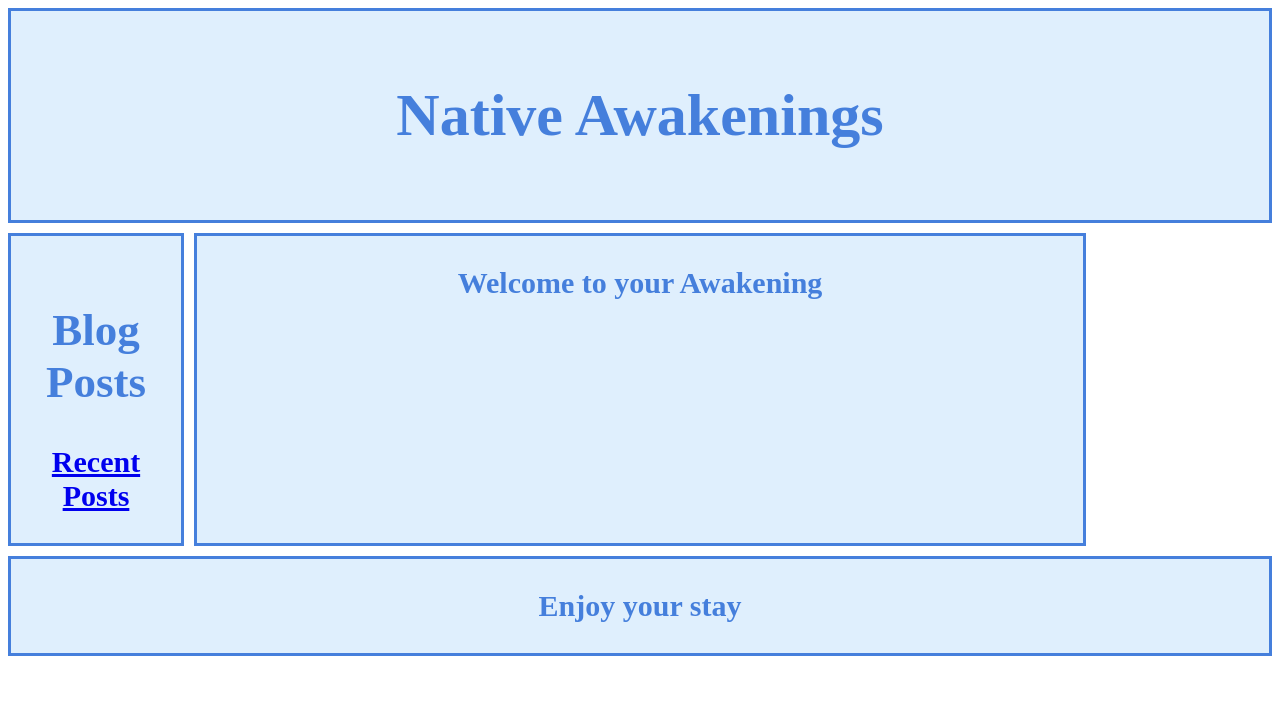
Repository: Gregg-Hendrix/blog-project
Page: index.html
The author's editor kept a copy of each file at every save. The page is drawn from the files as they stood at one save, then again after the next save.
The browser window is 1280 px wide. The pictures show the whole page.

Above is the page before, as saved 2021-03-15 14:18:15.

After the next save:
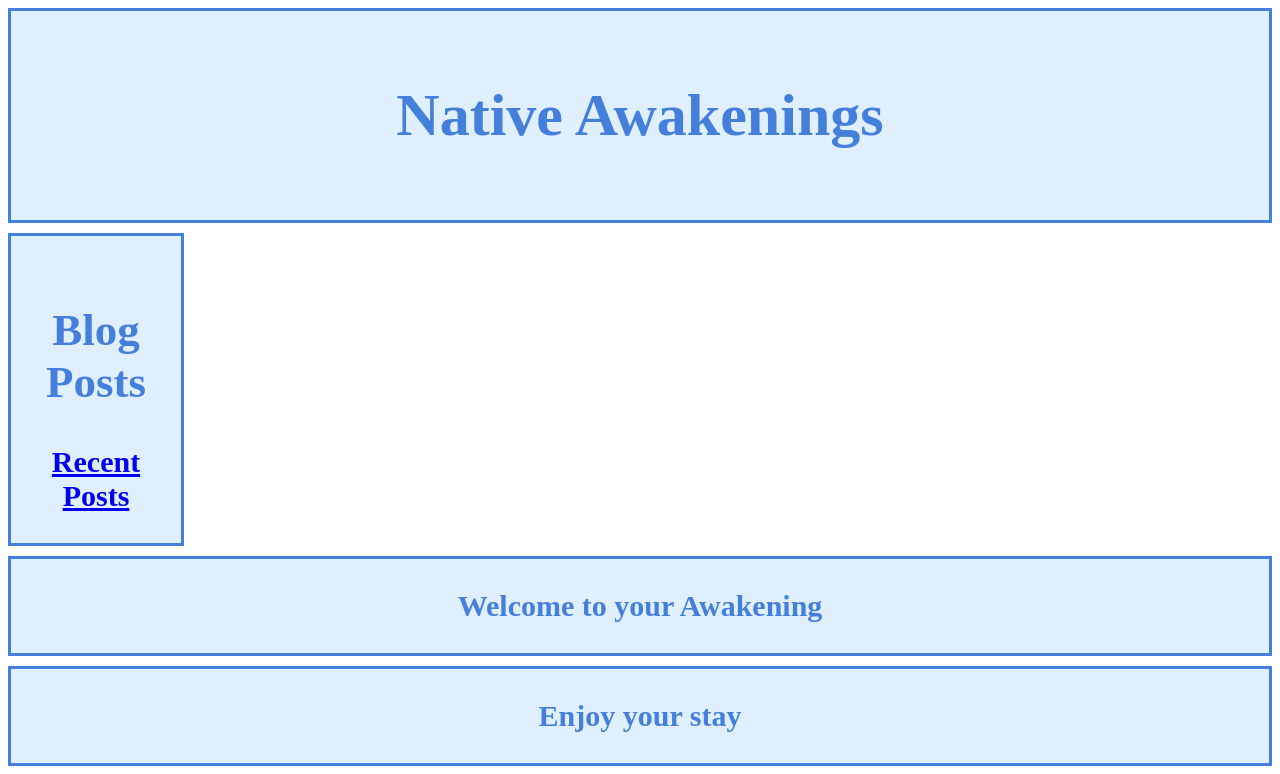
Saved 12 s later.
--- a/stylesheet.css
+++ b/stylesheet.css
@@ -18,7 +18,7 @@
 footer {
   grid-column: 1 / span 3;
 }
-.main {
+main {
     grid-column: 1 / span 3;
 }
 .left-sidebar {

After the save that followed:
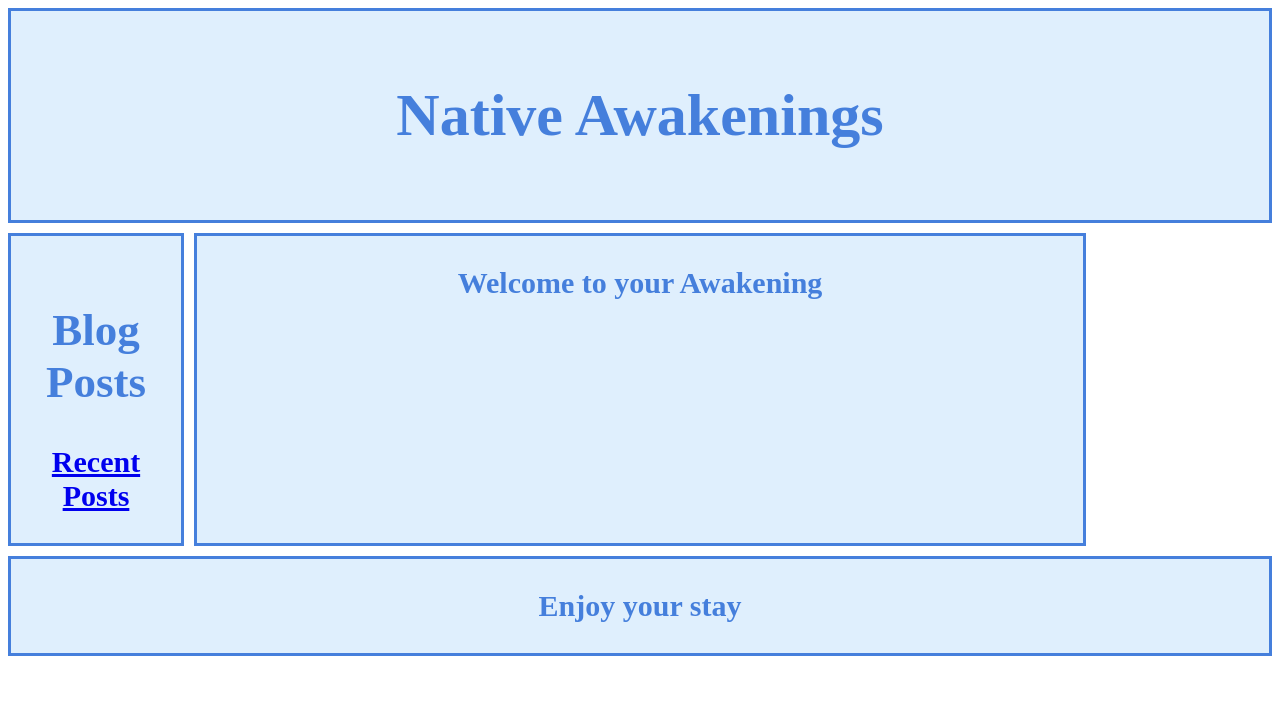
Saved 9 s later.
--- a/stylesheet.css
+++ b/stylesheet.css
@@ -18,7 +18,7 @@
 footer {
   grid-column: 1 / span 3;
 }
-main {
+.main {
     grid-column: 1 / span 3;
 }
 .left-sidebar {
